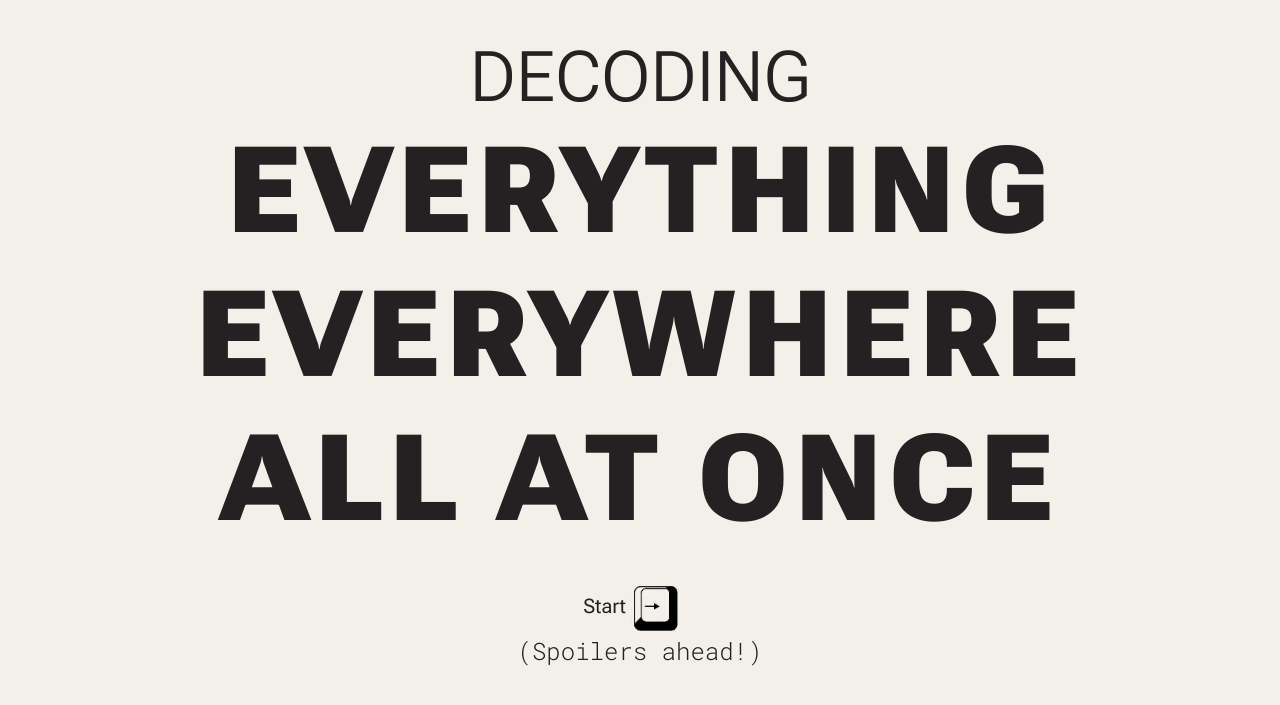
Repository: angelica-hom/msdv-thesis
Page: index.html
The author's editor kept a record of every edit. The page is drawn from the files as they stood at one moment, then again after the next edit.
The browser window is 1280 px wide. The pictures show the whole page.

Above is the page before.

### index.html
<!doctype html>
<html lang="en">
<head>
    <meta charset="utf-8">
    <meta name="viewport" content="width=device-width, initial-scale=1">
    <link href="https://cdn.jsdelivr.net/npm/bootstrap@5.1.3/dist/css/bootstrap.min.css" rel="stylesheet">
    <link href="index.css" rel="stylesheet">
    <title>Decoding Everything Everywhere All at Once</title>
</head>
<body>
    <div class="container-fluid hero-container d-flex align-items-center text-center">
      <div>
        <h1 class="hero-text"><span class="decoding">DECODING</span><br><span class="else">EVERYTHING<br>EVERYWHERE<br>ALL  AT  ONCE</span></h1>
        <br><a class="navbar-brand" href="intro.html">
          Start
          <img src="images/Right Arrow.png" alt="Intro" height="50">
        </a>
        <br><p>(Spoilers ahead!)</p>
      </div>
    </div>

    <script>
      document.addEventListener('keydown', function (event) {
        if (event.code === 'ArrowRight') {
          window.location.href = 'intro.html';
        }
      });
    </script>

    <script src="https://cdn.jsdelivr.net/npm/@popperjs/core@2.11.6/dist/umd/popper.min.js"></script>
    <script src="https://cdn.jsdelivr.net/npm/bootstrap@5.1.3/dist/js/bootstrap.min.js"></script>
</body>
</html>

### index.css
@import url('https://fonts.googleapis.com/css2?family=Roboto+Flex:wght@100;200;300;400;500;600;700;800;900;1000&display=swap');
@import url('https://fonts.googleapis.com/css2?family=Roboto+Mono:ital,wght@0,100;0,200;0,300;0,400;0,500;0,600;0,700;1,100;1,200;1,300;1,400;1,500;1,600;1,700&display=swap');

body, html {
    height: 100%;
    margin: 0;
    overflow-x: hidden;
    font-family: 'Roboto Flex', sans-serif;
}

.hero-container {
    height: 100vh;
    display: flex;
    justify-content: center;
    align-items: center;
    background-color: #F3EFE9;
    color: #232122;
}

@media (max-width: 768px) {
  .hero-text {
    font-size: 2rem;
  }
}

.decoding {
    font-style: normal;
    font-weight: 300;
    font-size: 70px;
    /*letter-spacing: 1.17em;*/
    color: #232122;
}

.else {
    font-style: normal;
    font-weight: 1000;
    font-size: 120px;
    letter-spacing: 0.05em;
    color: #232122;
}

p {
    font-family: 'Roboto Mono', sans-serif!important;
    font-style: normal;
    font-weight: 300;
    font-size: 24px;
    /*letter-spacing: 1.17em;*/
    color: #232122;
}

/* Change the color of an inactive (unvisited) hyperlink */
a {
    color: #232122; /* Replace with your desired color */
}

/* Change the color of a hyperlink when hovered over */
a:hover {
    color: #5A9; /* Replace with your desired color */
}

After the next edit:
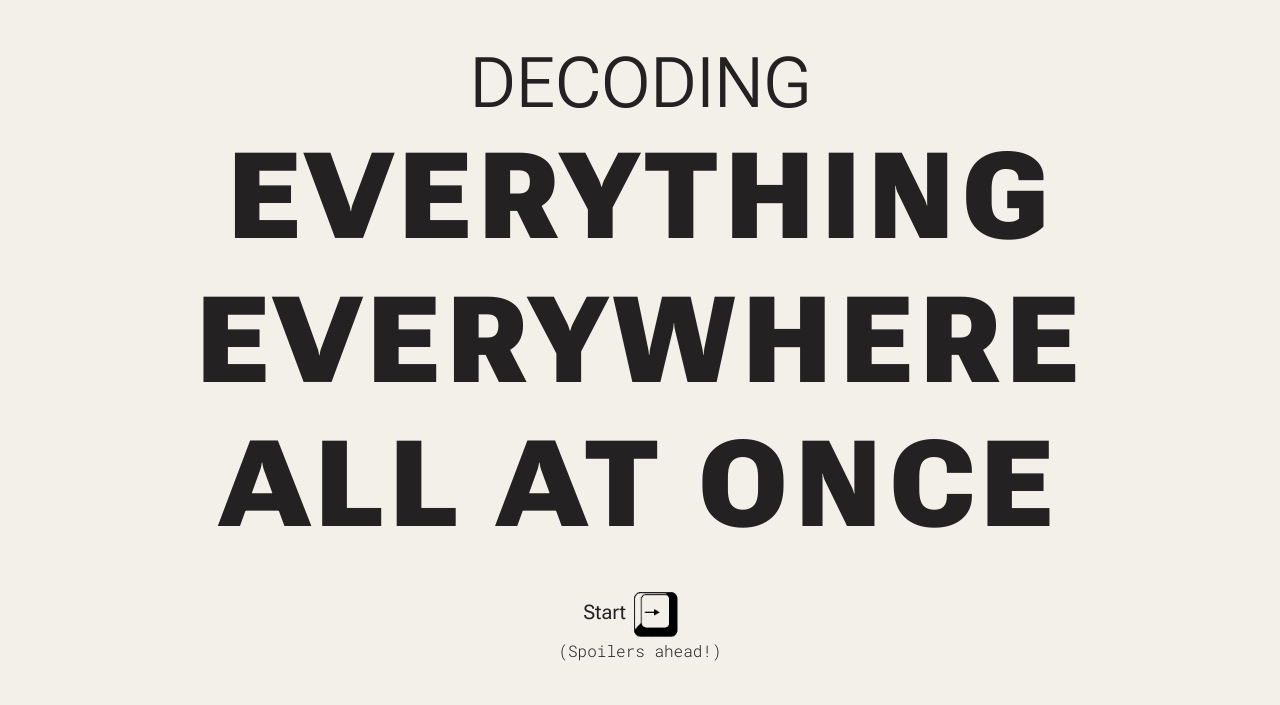
The edit:
--- a/index.css
+++ b/index.css
@@ -43,7 +43,7 @@
     font-family: 'Roboto Mono', sans-serif!important;
     font-style: normal;
     font-weight: 300;
-    font-size: 24px;
+    font-size: 16px;
     /*letter-spacing: 1.17em;*/
     color: #232122;
 }
